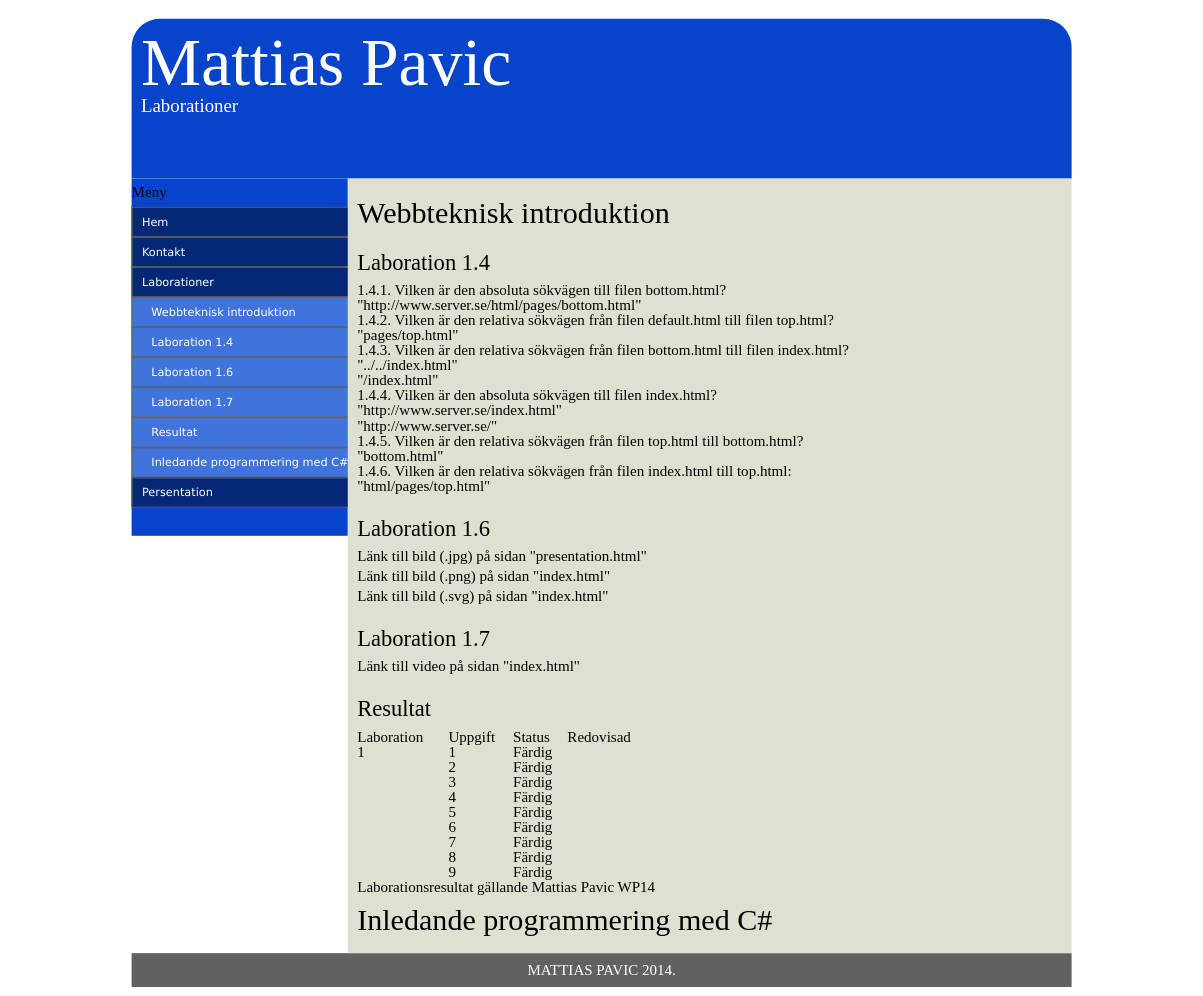
Repository: mp222sf/1ik415-laborationer
Page: pages/laborationer.html
The author's editor kept a record of every edit. The page is drawn from the files as they stood at one moment, then again after the next edit.
The browser window is 1280 px wide. The pictures show the whole page, at 94% of full size.

Above is the page before.

After the next edit:
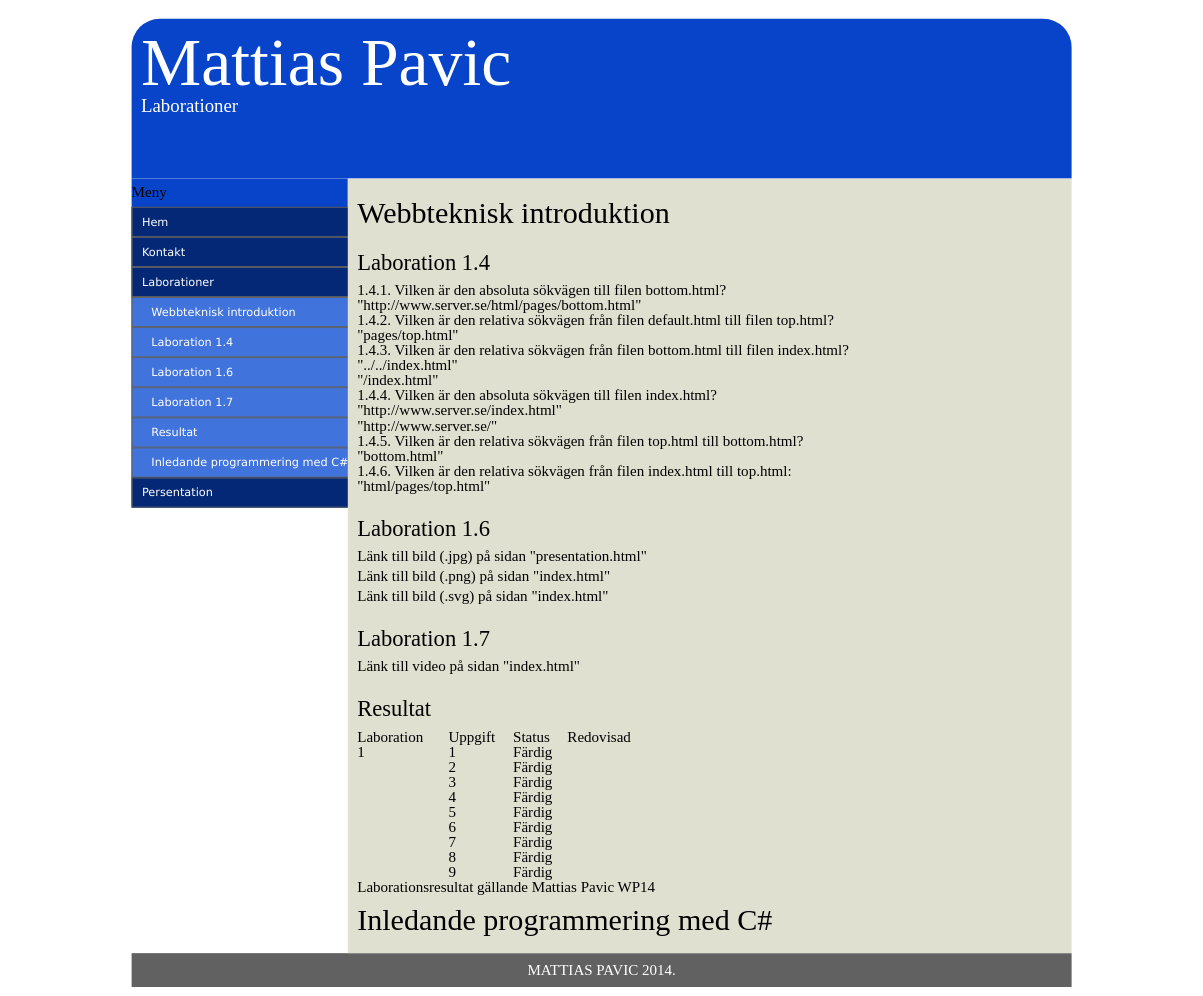
The edit:
--- a/pages/laborationer.html
+++ b/pages/laborationer.html
@@ -26,7 +26,7 @@
                     <li><a href="#inledande_programmering_med_csharp">Inledande programmering med C#</a></li>
                     </ul>
                  <li><a href="presentation.html">Persentation</a></li>
-                </ul><br>
+                </ul>
 
             </div>
             <div id="content">
